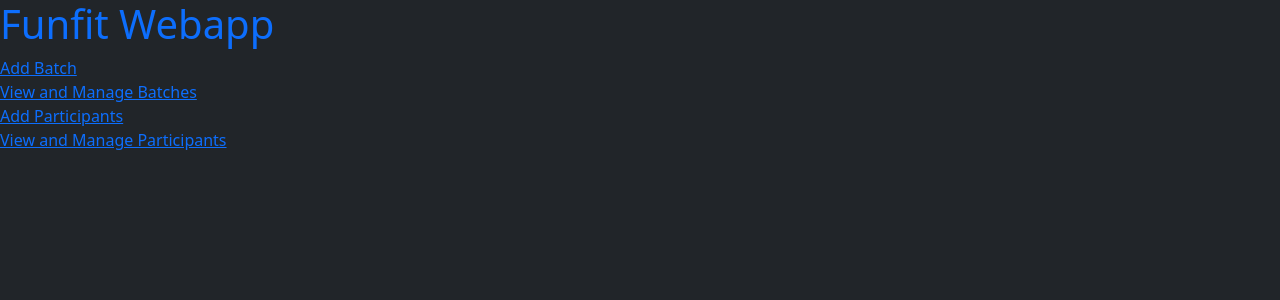
Repository: Jannis-Buschhaus/simplilearn-assessment-phase2
Page: http://localhost/FunfitWebapp/
The author's editor kept a copy of each file at every save. The page is drawn from the files as they stood at one save, then again after the next save.
The browser window is 1280 px wide. The pictures show the whole page.
The page is served by Tomcat 9.

Above is the page before, as saved 2024-05-30 14:15:45.

After the next save:
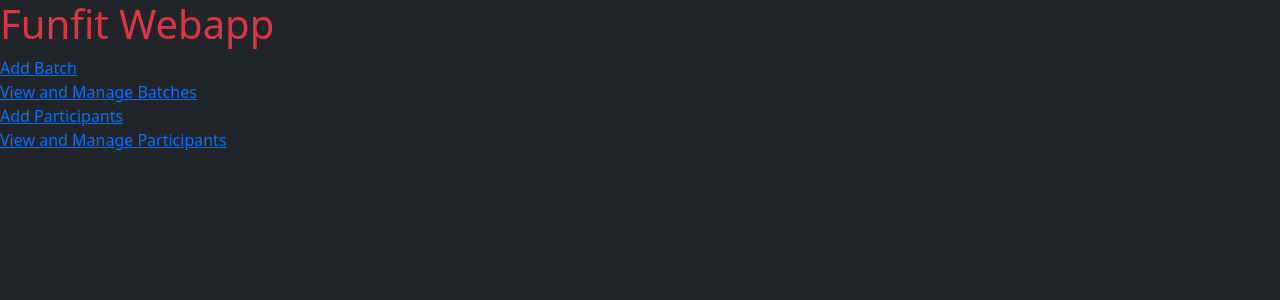
Saved 9 s later.
--- a/FunfitWebapp/src/main/webapp/index.jsp
+++ b/FunfitWebapp/src/main/webapp/index.jsp
@@ -9,7 +9,7 @@
 <link href="https://cdn.jsdelivr.net/npm/bootstrap@5.3.3/dist/css/bootstrap.min.css" rel="stylesheet" integrity="sha384-QWTKZyjpPEjISv5WaRU9OFeRpok6YctnYmDr5pNlyT2bRjXh0JMhjY6hW+ALEwIH" crossorigin="anonymous">
 </head>
 <body class="bg-dark">
-	<h1 class="text-primary">Funfit Webapp</h1>
+	<h1 class="text-danger">Funfit Webapp</h1>
 	<a href="addBatch.jsp">Add Batch</a><br />
 	<a href="BatchController">View and Manage Batches</a><br />
 	<a href="ParticipantsController?target=addParticipant">Add Participants</a><br />
